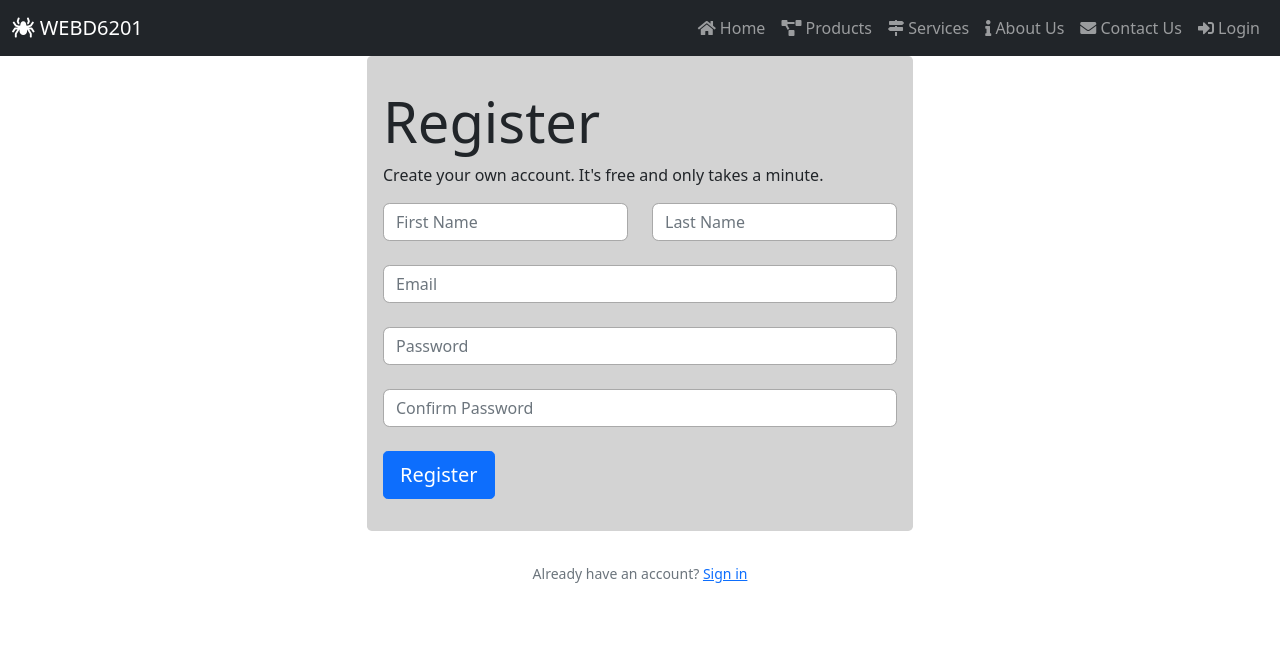
Repository: soumyann/soumyann11.github.io
Page: register.html
These files come from the project's save history. The page is drawn as it stood at one moment and after the next save; the edit follows.
The browser window is 1280 px wide. The pictures show the whole page.

Above is the page before, as saved 2022-02-27 15:41:10.

### register.html
<!DOCTYPE html>
<html lang="en">

<head>
  <meta charset="UTF-8">
  <meta http-equiv="X-UA-Compatible" content="IE=edge">
  <meta name="viewport" content="width=device-width, initial-scale=1.0">
  <title>Register</title>
  <!-- CSS Section -->
  <link rel="stylesheet" href="./node_modules/bootstrap/dist/css/bootstrap.min.css">
  <link rel="stylesheet" href="./node_modules/@fortawesome/fontawesome-free/css/all.min.css">
  <link rel="stylesheet" href="./Content/app.css">
</head>

<body>
  <header></header>

  <!-- Main Content -->
  <main class="container" id="mainContent">
    <div class="row">
      <div class="offset-md-3 col-md-6 col-sm-12">
        <div class="login" id="contentArea">
          <h1 class="display-4">Register</h1>
          <form id="registerForm" novalidate>
            <p class="hint-text">Create your own account. It's free and only takes a minute.</p>

            <div class="form-group">
              <div class="row">
                <div class="col-md-6">
                  <input class="form-control" type="text" name="firstName" id="FirstName" placeholder="First Name"
                    required>
                </div>
                <div class="col-md-6">
                  <input class="form-control" type="text" name="lastName" id="lastName" placeholder="Last Name"
                    required>
                </div>
              </div>
            </div>
            <br />

            <div class="form-group">
              <div class="row">
                <div class="col-md-12">
                  <input type="email" class="form-control" id="emailAddress" name="emailAddress" required value=""
                    placeholder="Email">
                </div>
              </div>

            </div><br />

            <div class="form-group">
              <div class="row">
                <div class="col-md-12">
                  <input type="password" class="form-control" id="password" name="password" required value=""
                    placeholder="Password">
                </div>
              </div>

            </div><br />

            <div class="form-group">
              <div class="row">
                <div class="col-md-12">
                  <input type="password" class="form-control" id="confirmPassword" name="confirmPassword" required
                    value="" placeholder="Confirm Password">
                </div>
              </div>

            </div><br />
            <div class="text-right">
              <div id="ErrorMessage"></div>
            </div>

            <div class="text-right">
              <button id="submitButton" type="submit" class="btn btn-primary btn-lg">Register</button>
            </div>
          </form>

        </div>
        <p class="text-center text-muted small">
          Already have an account?
          <a href="login.html">Sign in</a>
        </p>
      </div>
    </div>
  </main>


  <!-- Scripting Section -->
  <script src="./node_modules/jquery/dist/jquery.min.js"></script>
  <script src="./node_modules/bootstrap/dist/js/bootstrap.min.js"></script>

  <script src="./Scripts/namespace.js"></script>
  <script src="./Scripts/contact.js"></script>
  <script src="./Scripts/app.js"></script>
</body>

</html>

### Content/app.css
.input-group-addon:first-child
{
    border-right: 0;
}

.input-group-addon
{
    padding: 6px 12px;
    font-size: 14px;
    font-weight: 400;
    line-height: 1;
    text-align: center;
    border: 1px solid darkgrey;
    border-radius: 4xpx;
}

.input-group-addon .fa
{
    font-size: 18px;
}

.input-group .form-control
{
    position:relative;
    z-index: 2;
    float:left;
    margin-bottom: 0;
}

.input-group .form-control:last-child
{
    border-top-left-radius: 0;
    border-bottom-left-radius: 0;
}



.login
{
    padding: 2rem 1rem;
    margin-bottom: 2rem;
    background-color: lightgrey;
    border-radius: .3rem;
}

.login input
{
    background-color: white;
    border-color: darkgrey;
    border-radius: .4em;
    width: 100%;
}

### Scripts/namespace.js
"use strict";
let core;

### Scripts/contact.js
(function (core){

    class Contact
    {

        //public properties (getters and setters)
        get FullName()
        {
            return this.m_fullName;
        }
        set FullName(fullName)
        {
            this.m_fullName=fullName;
        }

        get ContactNumber()
        {
            return this.m_contactNumber;
        }
        set ContactNumber(contactNumber)
        {
            this.m_contactNumber=contactNumber;
        }

        get EmailAddress()
        {
            return this.m_emailAddress;
        }
        set EmailAddress(emailAddress)
        {
            this.m_emailAddress=emailAddress;
        }

        //constructor

        constructor(fullName="", contactNumber="", emailAddress="")
        {
            this.FullName=fullName;
            this.ContactNumber=contactNumber;
            this.EmailAddress=emailAddress;
        }

        //Public methods

        serialize()
        {
            if(this.FullName !== "" && this.ContactNumber !== "" && this.EmailAddress !== "")
            {
                return `${this.FullName},${this.ContactNumber},${this.EmailAddress}`;
            }
            console.error("One or more properties of the Contact Object are missing or empty");
            return null;
        }

        deserialize(data) // assume that the data object is a comma-separated list of properties
        {
            let propertyArray = data.split(",");
            this.FullName = propertyArray[0];
            this.ContactNumber = propertyArray[1];
            this.EmailAddress = propertyArray[2];
        }

        // public overrides

        toString()
        {
            return `Full Name     : ${this.FullName}\nContact Number: ${this.ContactNumber}\nEmail Address : ${this.EmailAddress}`;
        }


    }

     core.Contact = Contact;
})(core || (core = {}));

### Scripts/app.js
// IIFE -- Immediately Invoked Function Expression
// AKA Anonymous Self-Executing Function
(function()
{
    /**
     * This method uses AJAX to open a connection to the url and returns data to the callback function
     *
     * @param {string} method
     * @param {string} url
     * @param {Function} callback
     */
    function AjaxRequest(method, url, callback)
    {
        // step 1 - instantiate an XHR object
        let XHR = new XMLHttpRequest();

        // step 2 - create an event listener / handler for readystatechange event
        XHR.addEventListener("readystatechange", () =>
        {
            if(XHR.readyState === 4 && XHR.status === 200)
            {
               callback(XHR.responseText);
            }
        });

        // step 3 - open a connection to the server
        XHR.open(method, url);

        // step 4 - send the request to the server
        XHR.send();
    }

    /**
     * This function loads the NavBar from the header file and injects it into the page
     *
     * @param {string} data
     */
    function LoadHeader(data)
    {
        $("header").html(data); // data payload
        $(`li>a:contains(${document.title})`).addClass("active"); // add a class of 'active'
        CheckLogin();
    }


    function DisplayAboutPage()
    {
        console.log("About Us Page");
    }

    function DisplayProductsPage()
    {
        console.log("Products Page");
    }

    function DisplayServicesPage()
    {
        console.log("Services Page");
    }


    function DisplayHomePage()
    {
        console.log("Home Page");

        $("#AboutUsButton").on("click", function()
        {
            location.href = "about.html";
        });

        $("main").append(`<p id="MainParagraph" class="mt-3">This is the Main Paragraph</p>`);
        //Article.innerHTML = ArticleParagraph;
        $("body").append(`<article class="container">
        <p id="ArticleParagraph" class="mt-3">This is the Article Paragraph</p>
        </article>`);
    }

    /**
     * Adds a Contact Object to localStorage
     *
     * @param {string} fullName
     * @param {string} contactNumber
     * @param {string} emailAddress
     */
    function AddContact(fullName, contactNumber, emailAddress)
    {
        let contact = new core.Contact(fullName, contactNumber, emailAddress);
        if(contact.serialize())
        {
            let key = contact.FullName.substring(0, 1) + Date.now();

            localStorage.setItem(key, contact.serialize());
        }
    }

    /**
     * This method validates an input text field in the form and displays
     * an error in the message area div element
     *
     * @param {string} input_field_ID
     * @param {RegExp} regular_expression
     * @param {string} error_message
     */
    function ValidateField(input_field_ID, regular_expression, error_message)
    {
        let messageArea = $("#messageArea").hide();

        $("#" + input_field_ID).on("blur", function()
        {
            let input_text_field = $(this).val();
            if(!regular_expression.test(input_text_field))
            {
                $(this).trigger("focus").trigger("select");
                messageArea.addClass("alert alert-danger").text(error_message).show();
            }
            else
            {
                messageArea.removeAttr("class").hide();
            }
        });
    }

    function ContactFormValidation()
    {
        ValidateField("fullName",/^([A-Z][a-z]{1,3}.?\s)?([A-Z][a-z]{1,25})+(\s|,|-)([A-Z][a-z]{1,25})+(\s|,|-)*$/,"Please enter a valid Full Name. This must include at least a Capitalized first name followed by a Capitalized last Name.");
        ValidateField("contactNumber",/^(\+\d{1,3}[\s-.])?\(?\d{3}\)?[\s-.]?\d{3}[\s-.]?\d{4}$/,"Please enter a valid Contact Number. Example: (905) 555-5555");
        ValidateField("emailAddress",/^[a-zA-Z0-9._-]+@[a-zA-Z0-9.-]+\.[a-zA-Z]{2,10}$/,"Please enter a valid Email Address.");
    }

    function DisplayContactPage()
    {
        console.log("Contact Us Page");

        ContactFormValidation();

        let sendButton = document.getElementById("sendButton");
        let subscribeCheckbox = document.getElementById("subscribeCheckbox");

        sendButton.addEventListener("click", function(event)
        {
            //event.preventDefault();

            if(subscribeCheckbox.checked)
            {
                AddContact(fullName.value, contactNumber.value, emailAddress.value);
            }
        });
    }

    function DisplayContactListPage()
    {
        console.log("Contact-List Page");

        if(localStorage.length > 0) // check if localStorage has something in it
        {
            let contactList = document.getElementById("contactList");

            let data = "";

            let keys = Object.keys(localStorage);

            let index = 1;

            //for every key in the keys collection loop
            for(const key of keys)
            {
                let contactData = localStorage.getItem(key); // retrieve contact data from localStorage

                let contact = new core.Contact(); // create an empty Contact Object
                contact.deserialize(contactData);

                data += `<tr>
                <th scope="row" class="text-center">${index}</th>
                <td>${contact.FullName}</td>
                <td>${contact.ContactNumber}</td>
                <td>${contact.EmailAddress}</td>
                <td class="text-center"><button value="${key}" class="btn btn-primary btn-sm edit"><i class="fas fa-edit fa-sm"></i> Edit</button></td>
                <td class="text-center"><button value="${key}" class="btn btn-danger btn-sm delete"><i class="fas fa-trash-alt fa-sm"></i> Delete</button></td>
                </tr>
                `;



                index++;
            }

            contactList.innerHTML = data;

            $("#addButton").on("click", () =>
            {
                location.href = "edit.html#add";
            });

            $("button.delete").on("click", function()
            {
                if(confirm("Are you sure?"))
                {
                    localStorage.removeItem($(this).val());
                }

                location.href = "contact-list.html";
            });

            $("button.edit").on("click", function()
            {
                location.href = "edit.html#" + $(this).val();
            });
        }
    }

    function DisplayEditPage()
    {
        console.log("Edit Page");

        ContactFormValidation();

        let page = location.hash.substring(1);

        switch(page)
        {
            case "add":
                {
                    $("main>h1").text("Add Contact");

                    $("#editButton").html(`<i class="fas fa-plus-circle fa-lg"></i> Add`);

                    $("#editButton").on("click", (event) =>
                    {
                        event.preventDefault();
                        // Add Contactt
                        AddContact(fullName.value, contactNumber.value, emailAddress.value);
                        // Refresh the contact-list page
                        location.href ="contact-list.html";
                    });

                    $("#cancelButton").on("click", () =>
                    {
                        location.href ="contact-list.html";
                    });

                }
                break;
            default:
                {
                    // get the contact info from localStorage
                    let contact = new core.Contact();
                    contact.deserialize(localStorage.getItem(page));

                    // display the contact info in the edit form
                    $("#fullName").val(contact.FullName);
                    $("#contactNumber").val(contact.ContactNumber);
                    $("#emailAddress").val(contact.EmailAddress);

                    // when Edit is pressed - update the contact
                    $("#editButton").on("click", (event)=>
                    {
                        event.preventDefault();

                        // get any changes from the form
                        contact.FullName = $("#fullName").val();
                        contact.ContactNumber = $("#contactNumber").val();
                        contact.EmailAddress = $("#emailAddress").val();

                        // replace the item in localStorage
                        localStorage.setItem(page, contact.serialize());

                        // return to the contact-list
                        location.href ="contact-list.html";
                    });

                    $("#cancelButton").on("click", () =>
                    {
                        location.href ="contact-list.html";
                    });

                }
                break;
        }
    }

    function DisplayLoginPage()
    {
        console.log("Login Page");

        let messageArea = $("#messageArea");
        messageArea.hide();

        $("#loginButton").on("click", function()
        {
            let success = false;

            // create an empty User object
            let newUser = new core.User();

            // use jQuery shortcut to load the users.json file
            $.get("./Data/users.json", function(data)
            {
                // for everry user in the users.json file, loop
                for (const user of data.users)
                {
                    // check if the username and password entered match with user
                    if(username.value == user.Username && password.value == user.Password)
                    {
                        // get the user data from the file and assign it to our empty user object
                        newUser.fromJSON(user);
                        success = true;
                        break;
                    }
                }

                 // if username and password matches - success...perform the login sequence
                if(success)
                {

                    // add user to session storage
                    sessionStorage.setItem("user", newUser.serialize());

                    // hide any error messages
                    messageArea.removeAttr("class").hide();

                    // redirect the user to the secure area of our site - contact-list
                    location.href = "contact-list.html";


                }
                else
                {
                    // display an error message
                    $("#username").trigger("focus").trigger("select");
                    messageArea.addClass("alert alert-danger").text("Error: Invalid Login Information.").show();
                }
            });



            $("#cancelButtton").on("click", function()
            {
                // clear the login form
                document.forms[0].reset();

                // return to  the home page
                location.href = "index.html";
            });
        });
    }

    function CheckLogin()
    {
        // if user is logged in
        if(sessionStorage.getItem("user"))
        {
            // swap out the login link for the logout link
            $("#login").html(
                `<a id="logout" class="nav-link" href="#"><i class="fas fa-sign-out-alt"></i> Logout</a>`
            );

            //Show UserName Span if the user is logged in
            $("#loginUser").show();
            $("#loginUser").text(sessionStorage.getItem("user").split(",")[0]);

            $("#logout").on("click", function()
            {
                // perform logout
                sessionStorage.clear();

                // redirect back to login
                location.href = "login.html";
            });
        }
        else {

            //Hide UserName Span if the user is logged out
            $("#loginUser").hide();
        }
    }

    function DisplayRegisterPage()
    {
        console.log("Register Page");
    }

    // named function
    function Start()
    {
        console.log("App Started!!");

        AjaxRequest("GET", "header.html", LoadHeader);



        switch (document.title) {
          case "Home":
            DisplayHomePage();
            break;
          case "Contact Us":
            DisplayContactPage();
            break;
          case "Contact-List":
            DisplayContactListPage();
            break;
          case "About Us":
            DisplayAboutPage();
            break;
          case "Our Products":
            DisplayProductsPage();
            break;
          case "Our Services":
            DisplayServicesPage();
            break;
          case "Edit":
            DisplayEditPage();
            break;
          case "Login":
            DisplayLoginPage();
            break;
          case "Register":
            DisplayRegisterPage();
            break;
        }
    }

    window.addEventListener("load", Start);

})();

### header.html
<nav class="navbar navbar-expand-lg navbar-dark bg-dark">
  <div class="container-fluid">
    <a class="navbar-brand" href="index.html"><i class="fas fa-spider"></i> WEBD6201</a>
    <button class="navbar-toggler" type="button" data-bs-toggle="collapse" data-bs-target="#navbarSupportedContent"
      aria-controls="navbarSupportedContent" aria-expanded="false" aria-label="Toggle navigation">
      <span class="navbar-toggler-icon"></span>
    </button>
    <div class="collapse navbar-collapse" id="navbarSupportedContent">
      <ul class="navbar-nav ms-auto mb-2 mb-lg-0">
        <li class="nav-item">
          <a class="nav-link" href="index.html"><i class="fas fa-home"></i> Home</a>
        </li>
        <li class="nav-item">
          <a class="nav-link" href="products.html"><i class="fas fa-project-diagram"></i> Products</a>
        </li>
        <li class="nav-item">
          <a class="nav-link" href="services.html"><i class="fas fa-map-signs"></i> Services</a>
        </li>
        <li class="nav-item">
          <a class="nav-link" href="about.html"><i class="fas fa-info"></i> About Us</a>
        </li>
        <li class="nav-item">
          <a class="nav-link" href="contact.html"><i class="fas fa-envelope"></i> Contact Us</a>
        </li>
        <li class="nav-item">
          <span id="loginUser" class="nav-link"></span>
        </li>
        <li id="login" class="nav-item">
          <a class="nav-link" href="login.html"><i class="fas fa-sign-in-alt"></i> Login</a>
        </li>
      </ul>
    </div>
  </div>
</nav>

Loaded but not shown: node_modules/bootstrap/dist/css/bootstrap.min.css (library); node_modules/@fortawesome/fontawesome-free/css/all.min.css (library); node_modules/jquery/dist/jquery.min.js (library); node_modules/bootstrap/dist/js/bootstrap.min.js (library)

After the next save:
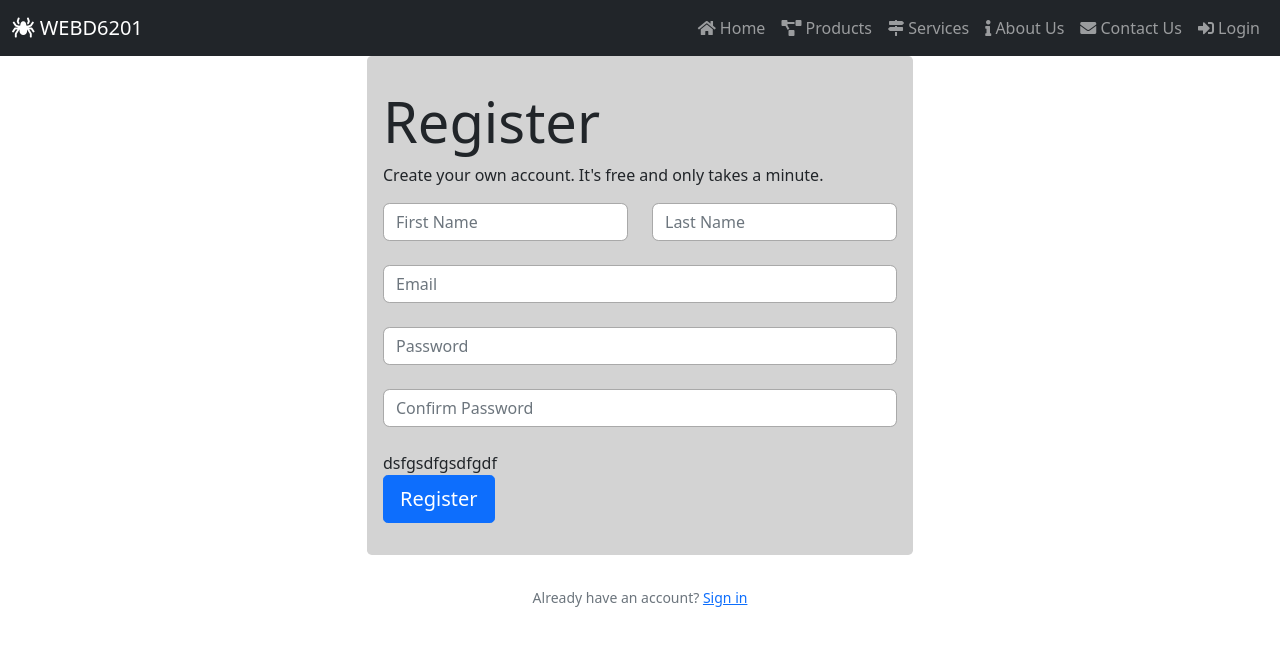
Saved 6 s later.
--- a/register.html
+++ b/register.html
@@ -68,7 +68,7 @@
 
             </div><br />
             <div class="text-right">
-              <div id="ErrorMessage"></div>
+              <div id="ErrorMessage">dsfgsdfgsdfgdf</div>
             </div>
 
             <div class="text-right">
